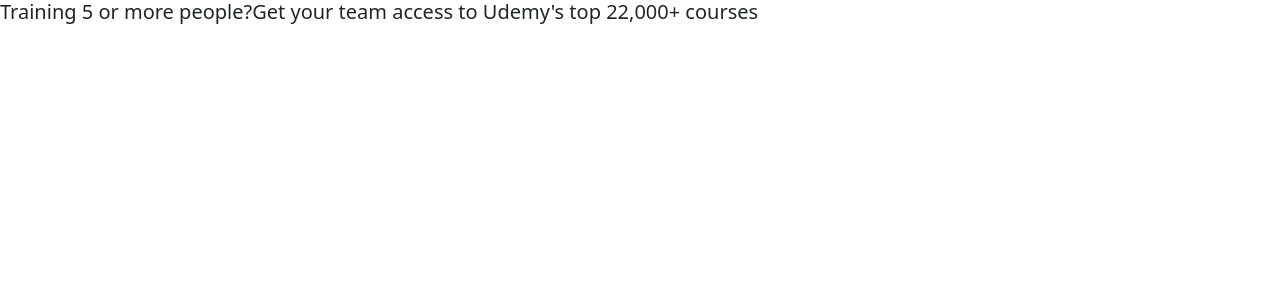
Repository: Taniafdes/newProject
Page: /division/division
These files come from the project's save history. The page is drawn as it stood at one moment and after a run of saves; the edit follows.
The browser window is 1280 px wide. The pictures show the whole page.
The project was rebuilt for these pictures with package versions that can differ from the ones it lists, and the page was loaded fresh each time. The framework's server and built-in components were replaced by stand-ins that run in the browser. Also part of the build but not shown: next.config.js.

Above is the page before, as saved 2023-06-15 15:40:10.

### pages/_app.js
import Head from "next/head";
import Script from "next/script";
import 'bootstrap/dist/css/bootstrap.css'
import 'bootstrap/dist/css/bootstrap.min.css'
function MyApp({ Component, pageProps }) {
  return (
    <>
      <Head>
        <meta name="viewport" content="width=device-width, initial-scale=1" />
      </Head>

      <Script
        src="https://cdn.jsdelivr.net/npm/bootstrap@5.0.0-beta1/dist/js/bootstrap.bundle.min.js"
        integrity="sha384-ygbV9kiqUc6oa4msXn9868pTtWMgiQaeYH7/t7LECLbyPA2x65Kgf80OJFdroafW"
        crossOrigin="anonymous"
      />
      <Component {...pageProps} />
    </>
  );
}
export default MyApp;

### pages/division/division.js
import React from 'react'
import { Container } from 'react-bootstrap';
import Button from 'react-bootstrap/Button';

const division = () => {
  return (
   <div>
   <div>
       <h5>Training 5 or more people?Get your team access to Udemy's top 22,000+ courses</h5>
</div>
   </div>

  )
}

export default division

After the next 3 saves:
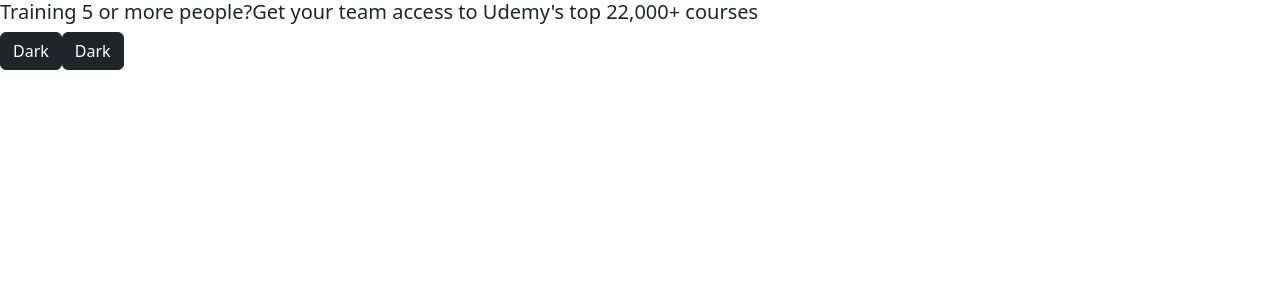
The 3 saves are shown as one change because they came seconds apart.
The last was saved 7 s later.
--- a/pages/division/division.js
+++ b/pages/division/division.js
@@ -8,6 +8,10 @@
    <div>
        <h5>Training 5 or more people?Get your team access to Udemy's top 22,000+ courses</h5>
 </div>
+<div>
+<Button variant="dark">Dark</Button>
+<Button variant="dark">Dark</Button>
+</div>
    </div>
 
   )
